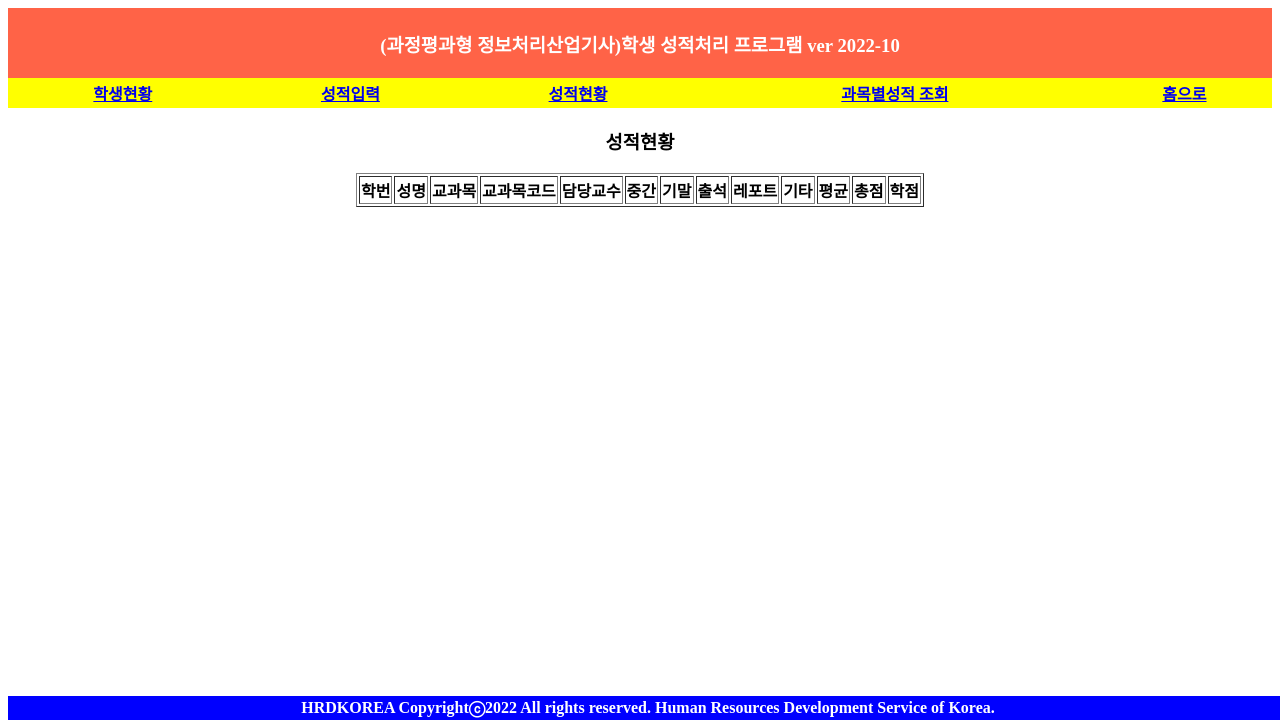
Repository: 8G4B/screenimplementationcode
Page: http://localhost/HRD_02/sub3.jsp
The author's editor kept a copy of each file at every save. The page is drawn from the files as they stood at one save, then again after the next save.
The browser window is 1280 px wide. The pictures show the whole page.
The page is served by Tomcat 9. Other server files are loaded and not shown. Queries for data that is not in the repository find no rows.

Above is the page before, as saved 2025-05-02 07:12:59.

### HRD_02/src/main/webapp/sub3.jsp
<%@page import="exam.ScoreDTO"%>
<%@page import="java.util.List"%>
<%@page import="exam.StudentDAO"%>
<%@ page language="java" contentType="text/html; charset=UTF-8"
	pageEncoding="UTF-8"%>
<%
StudentDAO dao = new StudentDAO();
List<ScoreDTO> list = dao.selectSub3();
%>
<!DOCTYPE html>
<html>
<head>
<meta charset="UTF-8">
<title>Sub3</title>
</head>
<body>
	<jsp:include page="header.jsp" />
	<jsp:include page="nav.jsp" />

	<section>
		<div align="center">
			<h3>성적현황</h3>

			<table border='1'>
				<tr>
					<th>학번</th>
					<th>성명</th>
					<th>교과목</th>
					<th>교과목코드</th>
					<th>담당교수</th>
					<th>중간</th>
					<th>기말</th>
					<th>출석</th>
					<th>레포트</th>
					<th>기타</th>
					<th>평균</th>
					<th>총점</th>
					<th>학점</th>
				</tr>

				<% for(ScoreDTO dto: list) {%>
					<tr align = 'center'>
						<td><%= dto.getStuid() %></td>
						<td><%= dto.getSname() %></td>
						<td><%= dto.getSubname() %></td>
						<td><%= dto.getSubcode() %></td>
						<td><%= dto.getProname() %></td>
						<td><%= dto.getMidscore() %></td>
						<td><%= dto.getFinalscore() %></td>
						<td><%= dto.getAttend() %></td>
						<td><%= dto.getReport() %></td>
						<td><%= dto.getEtc() %></td>
						<td><%= dto.getAvg() %></td>
						<td><%= dto.getTotal() %></td>
						<td><%= dto.getGrade() %></td>
					</tr>

				<% } %>

			</table>
		</div>
	</section>

	<jsp:include page="footer.jsp" />
</body>
</html>

### HRD_02/src/main/webapp/header.jsp
<%@ page language="java" contentType="text/html; charset=UTF-8"
    pageEncoding="UTF-8"%>
<!DOCTYPE html>
<html>
<head>
<meta charset="UTF-8">
<title>Header</title>
</head>
<body>
	<header>
		<table style="width: 100%; background-color: tomato; color: white">
			<tr>
				<th><h3>(과정평과형 정보처리산업기사)학생 성적처리 프로그램 ver 2022-10</h3></th>
			</tr>
		</table>
	</header>
</body>
</html>

### HRD_02/src/main/webapp/nav.jsp
<%@ page language="java" contentType="text/html; charset=UTF-8"
    pageEncoding="UTF-8"%>
<!DOCTYPE html>
<html>
<head>
<meta charset="UTF-8">
<title>Navigation</title>
</head>
<body>
	<nav>
		<table style="width: 100%; background-color: yellow; color: black">
			<tr>
				<th><a href="sub1.jsp">학생현황</a></th>
				<th><a href="sub2.jsp">성적입력</a></th>
				<th><a href="sub3.jsp">성적현황</a></th>
				<th><a href="sub4.jsp">과목별성적 조회</a></th>
				<th><a href="index.jsp">홈으로</a></th>
			</tr>
		</table>
	</nav>
</body>
</html>

### HRD_02/src/main/webapp/footer.jsp
<%@ page language="java" contentType="text/html; charset=UTF-8"
    pageEncoding="UTF-8"%>
<!DOCTYPE html>
<html>
<head>
<meta charset="UTF-8">
<title>Footer</title>
</head>
<body>
	<footer style="bottom: 0; position: fixed; width: 100%">
		<table style="background-color: blue; color: white; width: 100%">
			<tr>
				<th>
					HRDKOREA Copyrightⓒ2022 All rights reserved. Human Resources Development Service of Korea.
				</th>
			</tr>
		</table>
	</footer>
</body>
</html>

### HRD_02/src/main/java/exam/StudentDAO.java
package exam;

import java.sql.Connection;
import java.sql.DriverManager;
import java.sql.PreparedStatement;
import java.sql.ResultSet;
import java.util.ArrayList;
import java.util.List;

public class StudentDAO {
	private Connection conn;
	private PreparedStatement ps;
	private ResultSet rs;

	public Connection getConn() {
		String url = "jdbc:oracle:thin:@127.0.0.1:1521:xe";
		String user = "system";
		String pw = "1234";
		try {
			Class.forName("oracle.jdbc.OracleDriver");
			conn = DriverManager.getConnection(url, user, pw);
			System.out.println("DB 접속 완료!");
		} catch (Exception e) {
			e.printStackTrace();
			System.out.println("getConn() Exception!!!");
		}

		return conn;
	}

	public void dbClose() {
		try {
			if (rs != null)
				rs.close();
			if (ps != null)
				ps.close();
			if (conn != null)
				conn.close();
			System.out.println("DB 접속 해제!");
		} catch (Exception e) {
			e.printStackTrace();
			System.out.println("dbClose() Exception!!!");
		}
	}

	public List<StudentDTO> selectSub1() {
		conn = getConn();
		String sql = "select * from tbl_student_202210 order by stuid asc";
		List<StudentDTO> list = new ArrayList<StudentDTO>();

		try {
			ps = conn.prepareStatement(sql);
			rs = ps.executeQuery();
			while (rs.next()) {
				StudentDTO dto = new StudentDTO();
				dto.setStuid(rs.getString("stuid"));
				dto.setSname(rs.getString("sname"));

				String jumin = rs.getString("jumin");
				jumin = jumin.substring(0, 6) + "-" + jumin.substring(6);
				dto.setJumin(jumin);

				dto.setDeptname(rs.getString("deptname"));

				String gender = jumin.substring(7, 8);
				if (gender.equals("3"))
					gender = "남자";
				else if (gender.equals("4"))
					gender = "여자";
				dto.setGender(gender);

				dto.setPhone(rs.getString("phone"));
				dto.setEmail(rs.getString("email"));

				list.add(dto);
			}
		} catch (Exception e) {
			e.printStackTrace();
			System.out.println("selectSub1() Exception!!!");
		} finally {
			dbClose();
		}

		return list;
	}

	public List<ScoreDTO> selectSub3() {
		conn = getConn();
		String sql = "SELECT student.stuid, student.sname, subject.subname, subject.subcode, subject.proname, score.midscore, score.finalscore, score.attend, score.report, score.etc ";
		sql += "FROM TBL_STUDENT_202210 student, TBL_SCORE_202210 score, TBL_SUBJECT_202210 subject ";
		sql += "where  student.stuid = score.stuid and subject.subcode = score.subcode ";
		sql += "order by student.sname asc";
		List<ScoreDTO> list = new ArrayList<ScoreDTO>();

		try {
			ps = conn.prepareStatement(sql);
			rs = ps.executeQuery();

			while (rs.next()) {
				ScoreDTO dto = new ScoreDTO();
				dto.setStuid(rs.getString(1));
				dto.setSname(rs.getString(2));
				dto.setSubname(rs.getString(3));
				dto.setSubcode(rs.getString(4));
				dto.setProname(rs.getString(5));

				int midScore = rs.getInt(6);
				int finalScore = rs.getInt(7);
				int attend = rs.getInt(8);
				int report = rs.getInt(9);
				int etc = rs.getInt(10);

				dto.setMidscore(midScore);
				dto.setFinalscore(finalScore);
				dto.setAttend(attend);
				dto.setReport(report);
				dto.setEtc(etc);

				int avg = (midScore + finalScore + attend + report + etc) / 5;
				dto.setAvg(avg);

				double total = midScore * 0.3 + finalScore * 0.3 + attend * 0.2 + report * 0.1 + etc * 0.1;
				dto.setTotal(total);

				String grade = "";
				if (total >= 95)
					grade = "A+";
				else if (total >= 90)
					grade = "A";
				else if (total >= 85)
					grade = "B+";
				else if (total >= 80)
					grade = "B";
				else if (total >= 75)
					grade = "C+";
				else if (total >= 70)
					grade = "C";
				else if (total >= 65)
					grade = "D+";
				else if (total >= 60)
					grade = "D";
				else
					grade = "F";
				dto.setGrade(grade);

				list.add(dto);

			}
		} catch (Exception e) {
			e.printStackTrace();
			System.out.println("selectSub3() Exception!!!");

		} finally {
			dbClose();
		}
		return list;
	}

}

After the next save:
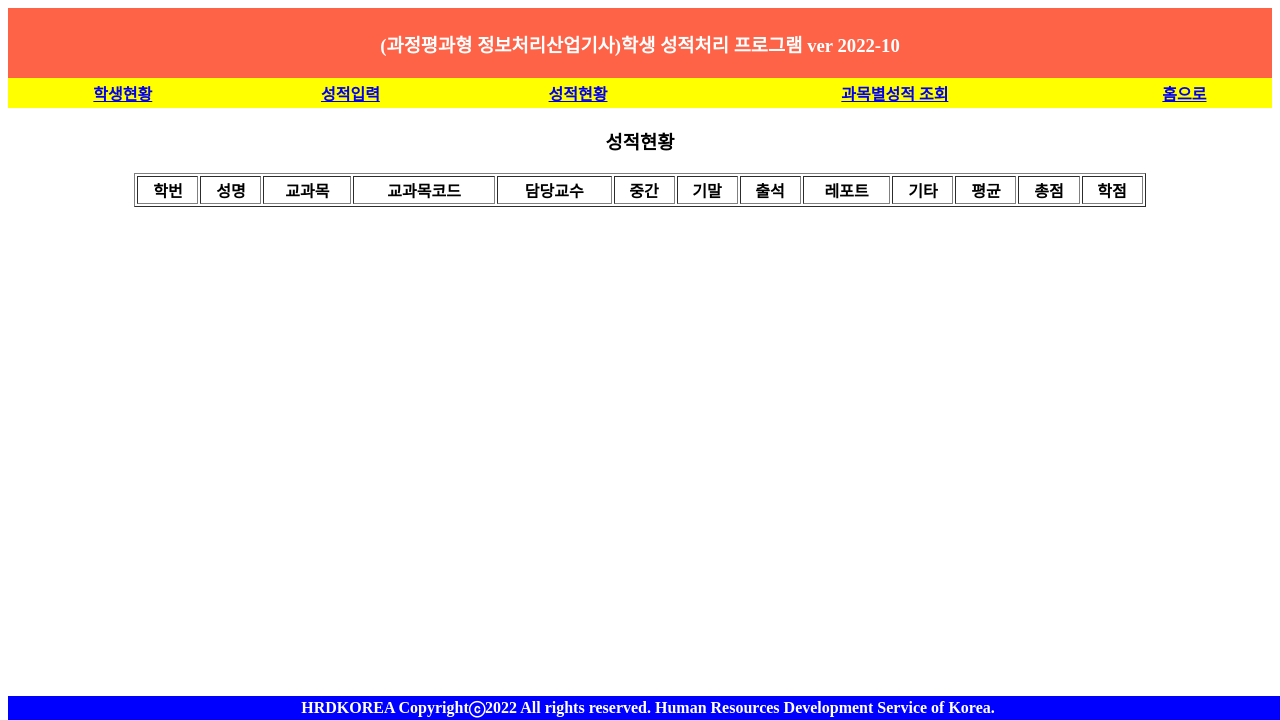
Saved 4 min 34 s later.
--- a/HRD_02/src/main/webapp/sub3.jsp
+++ b/HRD_02/src/main/webapp/sub3.jsp
@@ -21,7 +21,7 @@ List<ScoreDTO> list = dao.selectSub3();
 		<div align="center">
 			<h3>성적현황</h3>
 
-			<table border='1'>
+			<table border='1' width = 80%>
 				<tr>
 					<th>학번</th>
 					<th>성명</th>
